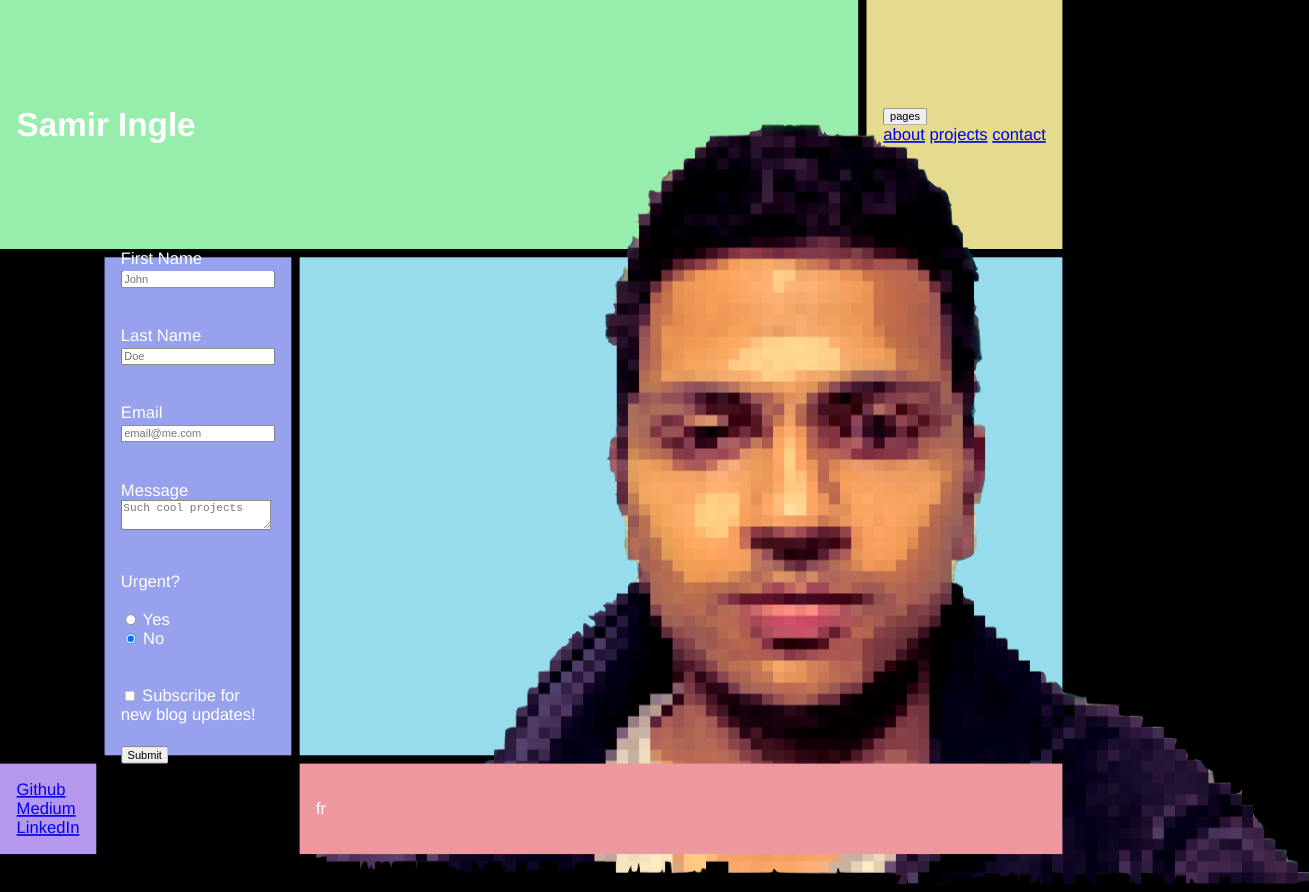
Repository: SamirIngley/html-semantic
Page: templates/contact.html
An editor plug-in stored every save of this project. The page is shown before and after the next save, followed by the edit.
The browser window is 1280 px wide. The page is 1577 px wide, so the pictures cover 1577 px, including what lies to the right of the window. The pictures show the whole page, at 83% of full size.

Above is the page before, as saved 2020-02-06 08:09:45.

After the next save:
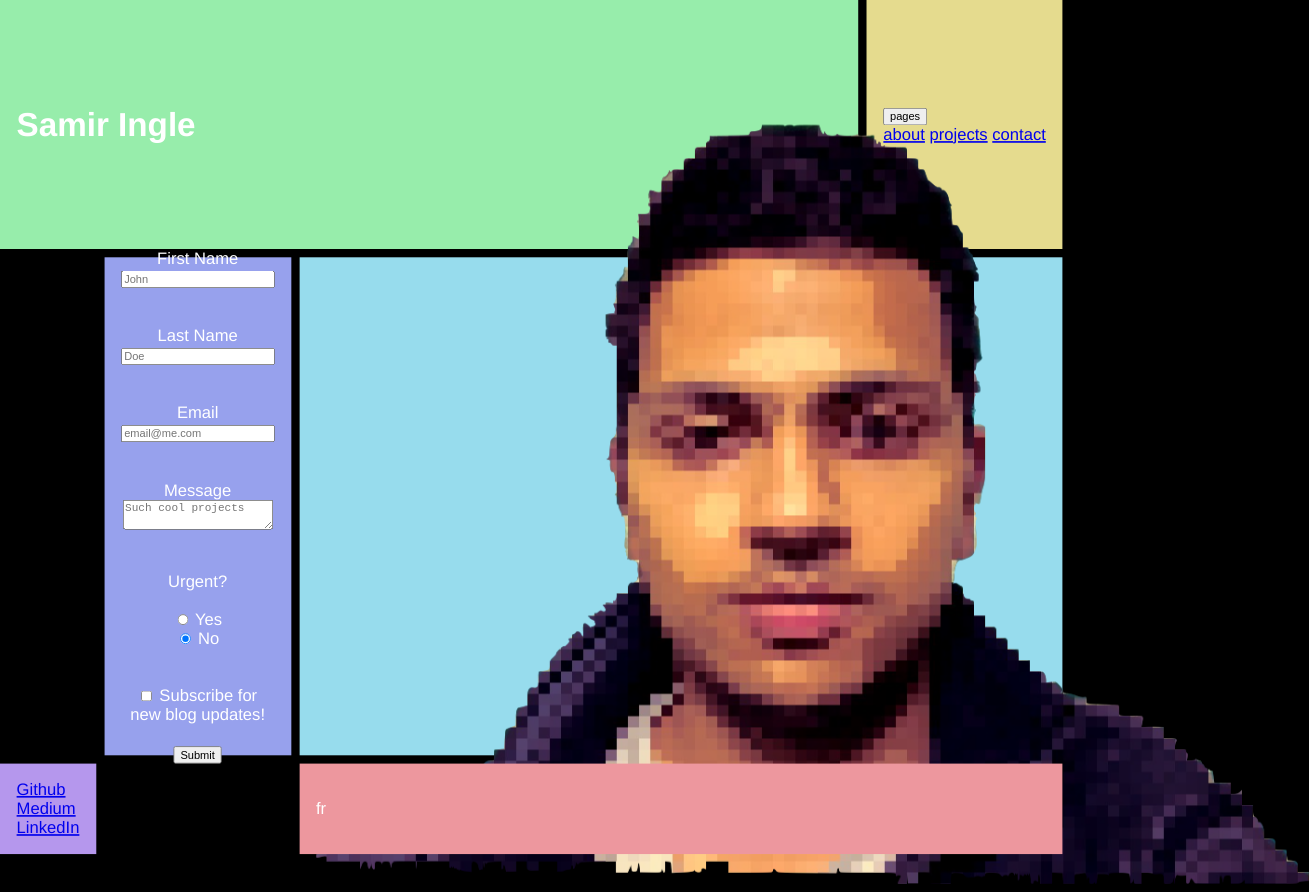
Saved 63 s later.
--- a/templates/contact.html
+++ b/templates/contact.html
@@ -38,7 +38,9 @@
     </div>
 
     <div class="main-content">
-        <div><form action="process.php" method="POST">
+        <div>
+            <center>
+            <form action="process.php" method="POST">
             <div>
                 <label>First Name</label><br>
                 <input type="text" name="firstName" placeholder="John">
@@ -91,7 +93,9 @@
             <div>
                 <input type="submit" name="submit" value="Submit">
             </div>
-        </form></div>
+        </form>
+        </center>
+    </div>
     </div>
 
     <div class="footer">
